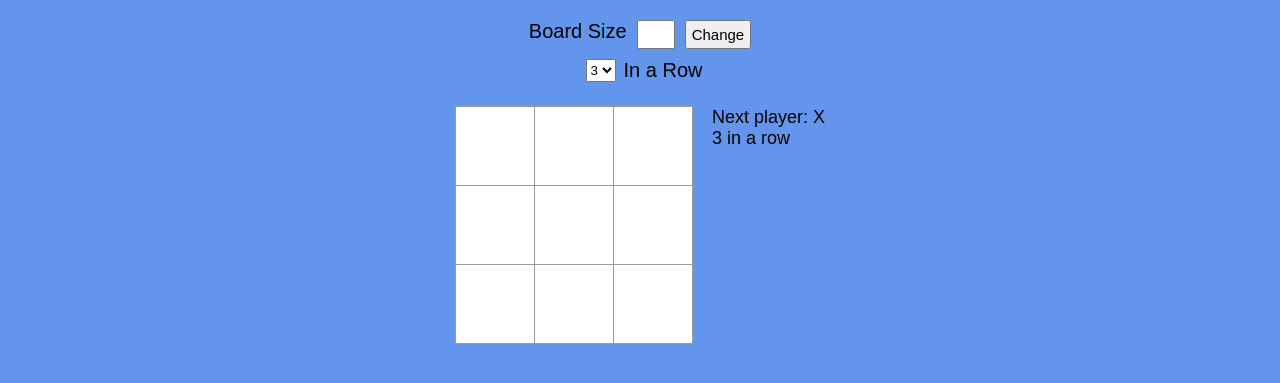
Repository: yshong211/tic-tac-toe-0708
Page: /
These files come from the project's save history. The page is drawn as it stood at one moment and after the next save; the edit follows.
The browser window is 1280 px wide. The pictures show the whole page.
The pointer rests on the first visible `.square`.
The project was rebuilt for these pictures with package versions that can differ from the ones it lists, and the page was loaded fresh each time.

Above is the page before, as saved 2020-07-09 10:04:20.

After the next save:
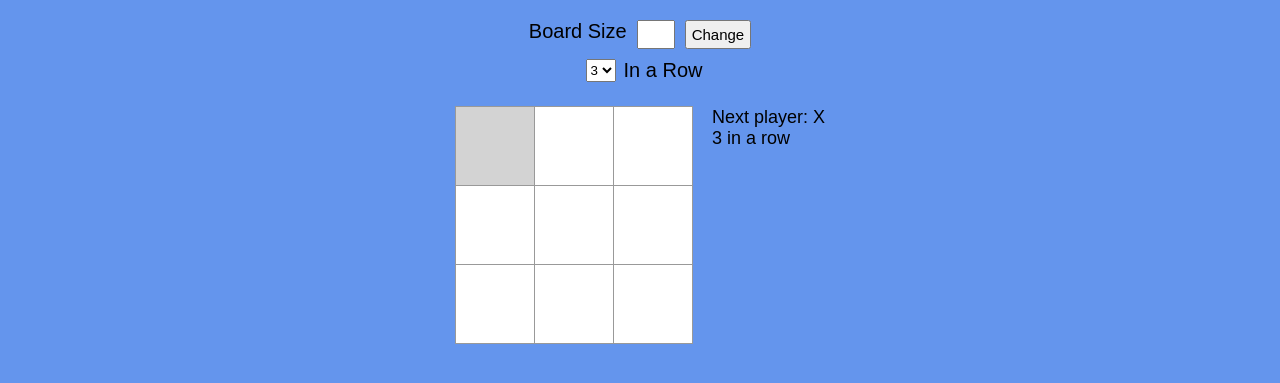
Saved 22 s later.
--- a/src/components/square/square.css
+++ b/src/components/square/square.css
@@ -14,4 +14,4 @@
     width: 80px;
   }
 
-  .square:hover {background-color: }
+  .square:hover {background-color: #D3D3D3}

After the save that followed:
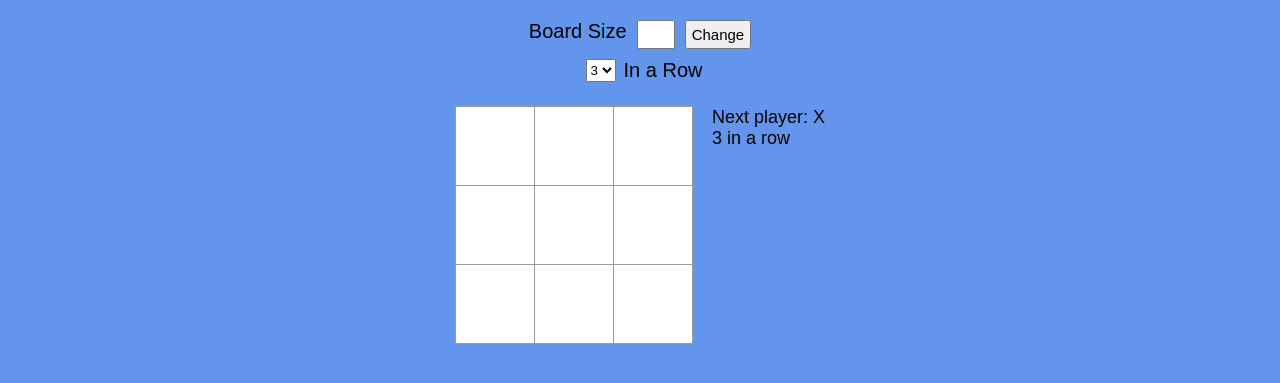
Saved 38 s later.
--- a/src/components/square/square.css
+++ b/src/components/square/square.css
@@ -14,4 +14,4 @@
     width: 80px;
   }
 
-  .square:hover {background-color: #D3D3D3}
+  .square:hover {background-color: ##}
